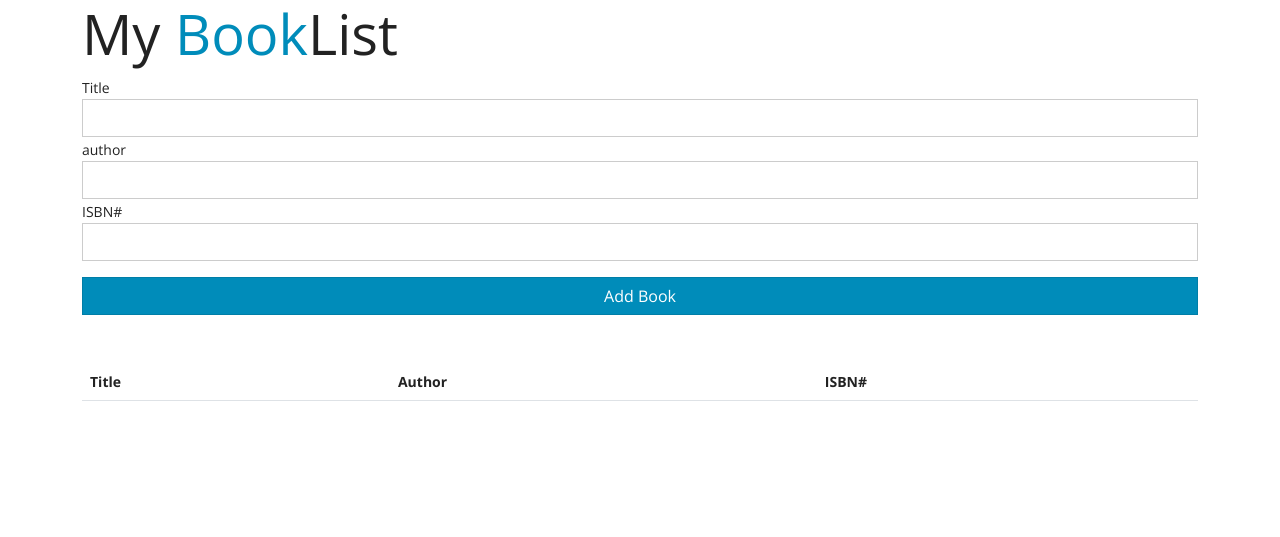
Repository: Fauzaanmhmd/vanillaBookList
Page: index.html
An editor plug-in stored every save of this project. The page is shown before and after the next save, followed by the edit.
The browser window is 1280 px wide. The pictures show the whole page.

Above is the page before, as saved 2022-02-15 03:10:34.
Console error: ReferenceError: book is not defined

After the next save:
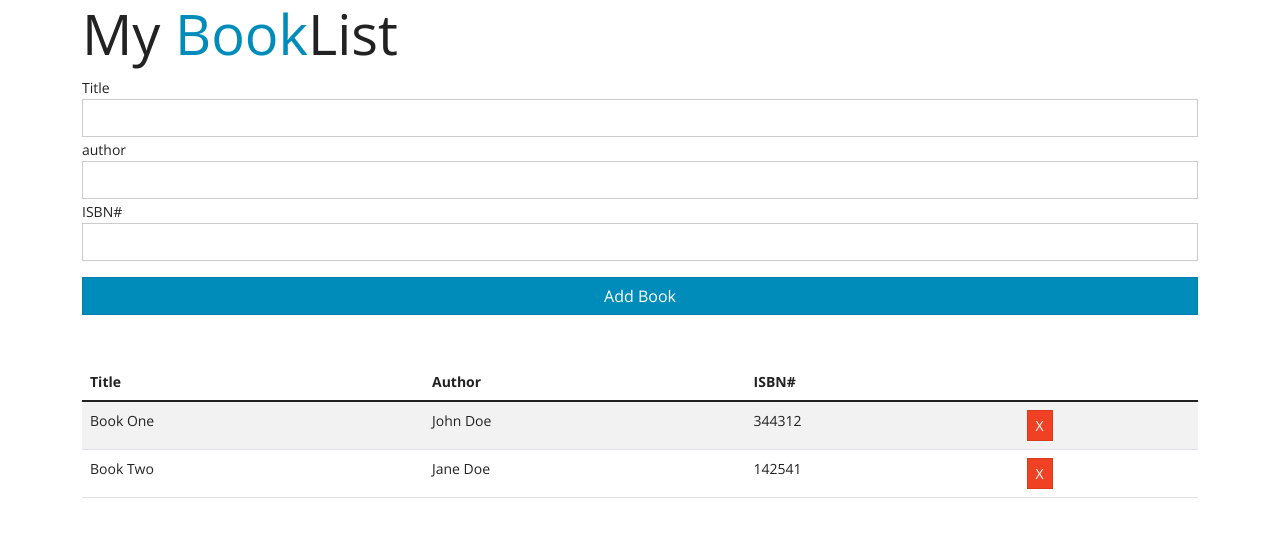
The error is gone.
Saved 44 s later.
--- a/main.js
+++ b/main.js
@@ -30,7 +30,7 @@ class UI {
         books.forEach((book) => UI.addBookToList(book));
     }
 
-    static addBookToList() {
+    static addBookToList(book) {
         const list = document.querySelector('#book-list');
 
         const row = document.createElement('tr');
